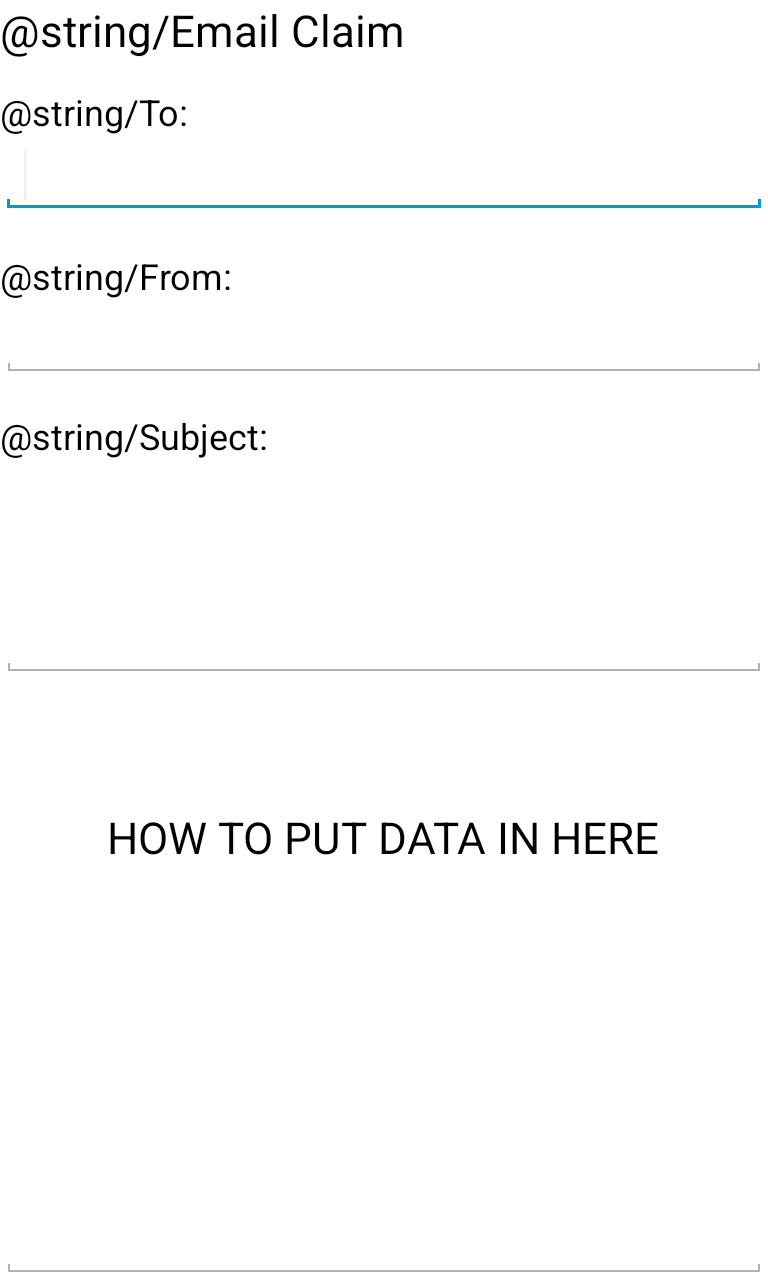
Repository: ReverseOni/Assignment1
Layout: MamesserAssign1/res/layout/email_claim.xml
An editor plug-in stored every save of this project. The layout is shown before and after the next save, followed by the edit.
It is drawn on a 768 x 1280 px phone screen (xhdpi) without system bars, with theme AppTheme; the app's code is not run. The app's manifest (not shown) leaves right-to-left support off. So textAlignment, textDirection and layoutDirection are ignored, and left and right values win over start and end ones.

Above is the layout before, as saved 2015-01-29 22:47:34.

After the next save:
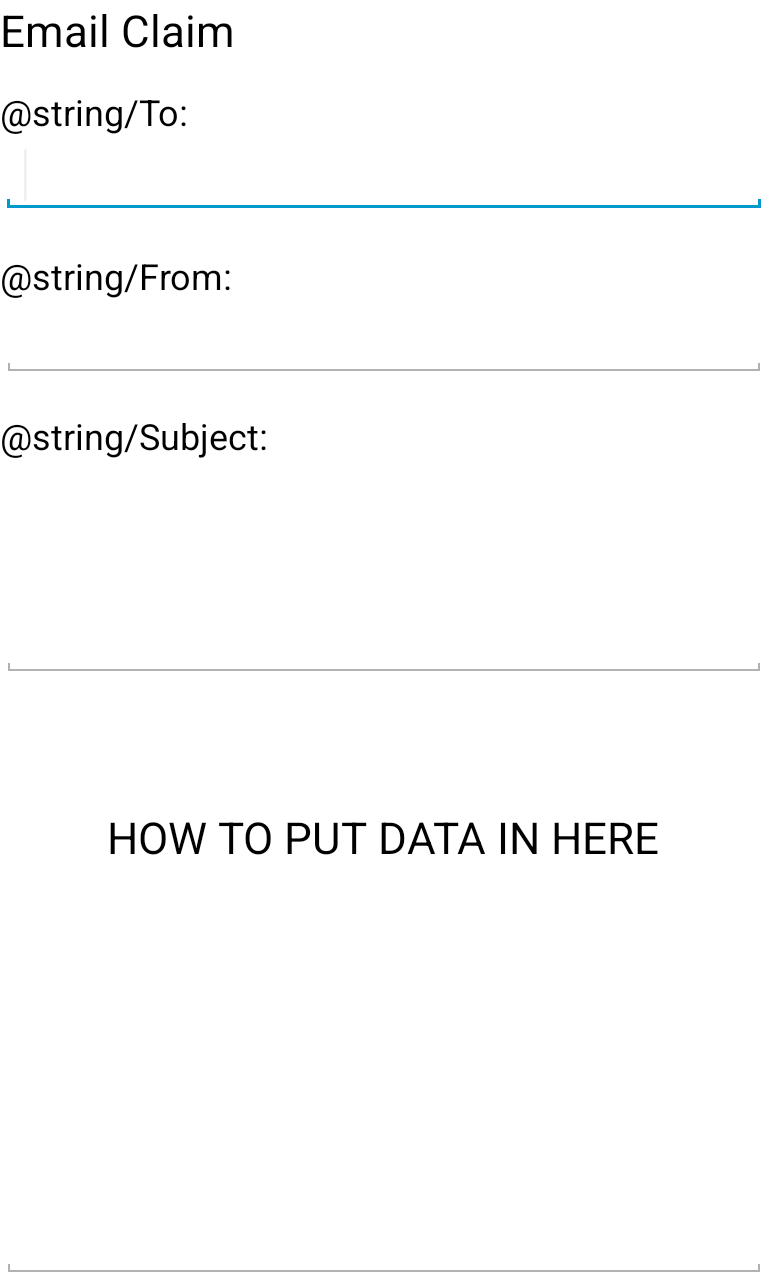
Saved 80 s later.
--- a/MamesserAssign1/res/layout/email_claim.xml
+++ b/MamesserAssign1/res/layout/email_claim.xml
@@ -11,7 +11,7 @@
         android:layout_centerHorizontal="true"
         android:layout_alignParentStart="true"
         android:layout_alignParentLeft="true"
-        android:text="@string/Email Claim"
+        android:text="Email Claim"
         android:textAppearance="?android:attr/textAppearanceLarge" />
 
     <TextView
